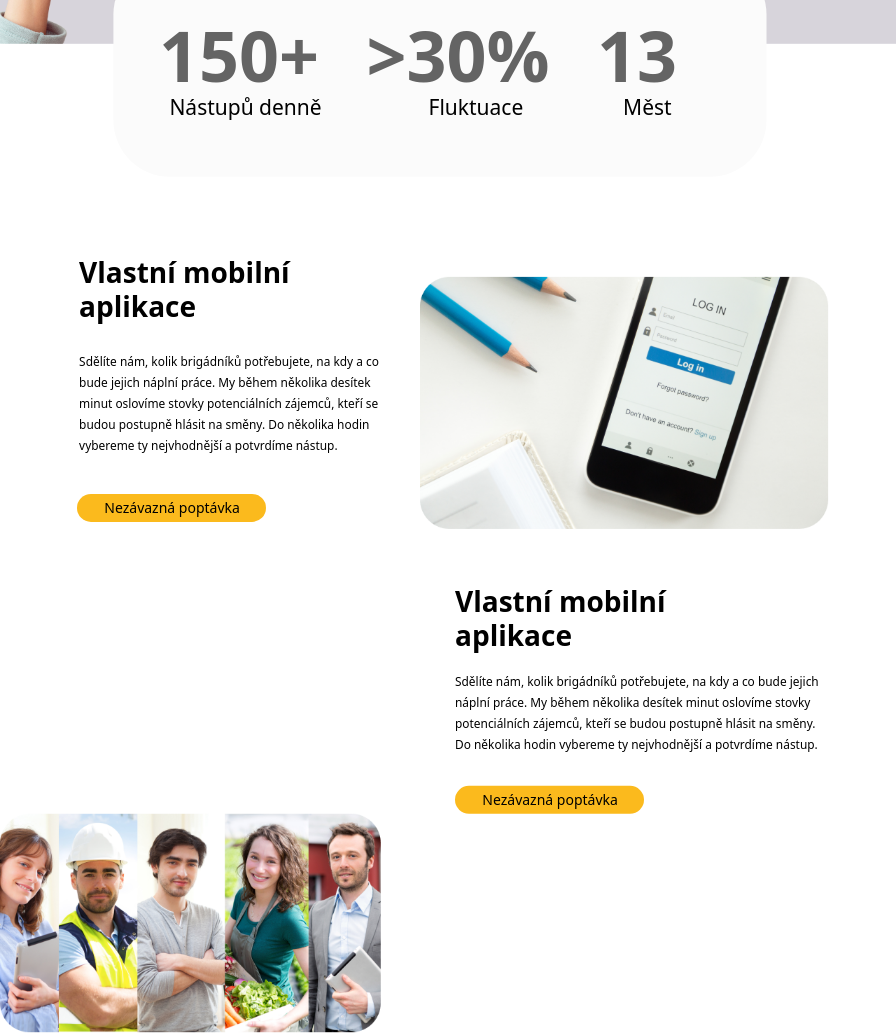
Repository: bilday08/aulinks
Page: index.html
These files come from the project's save history. The page is drawn as it stood at one moment and after the next save; the edit follows.
The browser window is 1280 px wide. The pictures show the part of the page from y = 991 to 2911 px (the page is 2466 px tall before and 2911 px after), at 70% of full size.
Some web fonts or font styles are not loaded; a fallback is used.

Above is the page before, as saved 2022-12-07 15:36:31.

### index.html
<!DOCTYPE html>
<html lang="en">
<head>
    <meta charset="UTF-8">
    <meta http-equiv="X-UA-Compatible" content="IE=edge">
    <meta name="viewport" content="width=device-width, initial-scale=1.0">
    <title>Aulinks</title>
    <link rel="stylesheet" href="./reset.css">
    <link rel="stylesheet" href="./style.css">
    <link
    rel="stylesheet"
    href="https://cdnjs.cloudflare.com/ajax/libs/font-awesome/6.2.0/css/all.min.css"
    integrity="sha512-xh6O/CkQoPOWDdYTDqeRdPCVd1SpvCA9XXcUnZS2FmJNp1coAFzvtCN9BmamE+4aHK8yyUHUSCcJHgXloTyT2A=="
    crossorigin="anonymous"
    referrerpolicy="no-referrer" />
    <link
    href="https://cdn.jsdelivr.net/npm/bootstrap@5.2.1/dist/css/bootstrap.min.css"
    rel="stylesheet"
    integrity="sha384-iYQeCzEYFbKjA/T2uDLTpkwGzCiq6soy8tYaI1GyVh/UjpbCx/TYkiZhlZB6+fzT"
    crossorigin="anonymous">
    <script
    src="https://cdn.jsdelivr.net/npm/bootstrap@5.2.1/dist/js/bootstrap.bundle.min.js"
    integrity="sha384-u1OknCvxWvY5kfmNBILK2hRnQC3Pr17a+RTT6rIHI7NnikvbZlHgTPOOmMi466C8"
    crossorigin="anonymous">
    </script>
    <link rel="preconnect" href="https://fonts.googleapis.com">
    <link rel="preconnect" href="https://fonts.gstatic.com" crossorigin>
    <link
    href="https://fonts.googleapis.com/css2?family=Inter+Tight:ital,wght@0,100;0,200;0,300;0,400;0,500;0,600;0,700;0,800;0,900;1,200;1,300;1,400;1,500;1,600;1,700;1,800;1,900&family=Inter:wght@100;200;300;400;500;600;700;800;900&display=swap"
    rel="stylesheet">
</head>
<body>
    <div class="wrapper">
        <header class="header">
            <div class="container_fluid_header">
                <div class="header__logo">
                    <img class="logo_images" src="./images/Header/logo.png" alt="logo"/>
                    <img class="logo_text" src="./images/Header/logotext.png" alt="logo"/>
                </div>
                <div class="header__contact">
                    <img class="contact_images" src="./images/Header/contact.png" alt="contact">
                </div>
                <div class="header__text">
                    <span class="text_name">Zavolejte nám:</span>
                    <span class="text_number">+420 607 205 862</span>
                </div>
                <div class="header__button">
                    <a href="#" class="button_name">Zavolejte nám:</a>
                </div>
                <div class="herder__button_white">
                    <a href="#" class="button_name_white">O nas</a>
                    <a href="#" class="button_name_white">Naši partneři</a>
                    <a href="#" class="button_name_white button_name_yellow">Služby</a>
                    <a href="#" class="button_name_white">Kontakty</a>
                </div>
            </div>
        </header>
    </div>
    <main>
        <div class="container_fluid_main">
            <div class="main__top_br">
                <img
                src="./images/Main/Rectangle 8 (9).png"
                alt="#" class="main_top_header"/>
                <h1 class="main_text">Pracovití brigádníci do druhého dne</h1>
                <p class="main_content">
                    Sdělíte nám, kolik brigádníků potřebujete,
                    na kdy a co bude jejich náplní práce. My během několika
                    desítek minut oslovíme stovky potenciálních zájemců, kteří
                    se budou postupně hlásit na směny. Do několika hodin vybereme
                    ty nejvhodnější a potvrdíme nástup.
                </p>
                <a href="#" class="main_button">Nezávazná poptávka</a>
            </div>
            <div class="main_center">
                <a href="#" class="center_button">
                    <div class="button__first">
                        <span class="button_number">150+</span>
                        <span class="button_number">>30%</span>
                        <span class="button_number">13</span>
                    </div>
                    <div class="button__second">
                        <span class="button_text">Nástupů denně</span>
                        <span class="button_text text_second">Fluktuace</span>
                        <span class="button_text text_thrid">Měst</span>
                    </div>
                </a>
            </div>
        </div>
        <section class="service">
            <div class="service_item">
                <div class="service_content">
                    <h2 class="main_text global_heading">Vlastní mobilní aplikace</h2>
                    <div class="main_content global_text">
                        Sdělíte nám, kolik brigádníků potřebujete, na kdy a co bude jejich náplní práce.
                        My během několika desítek minut oslovíme stovky potenciálních zájemců,
                        kteří se budou postupně hlásit na směny. Do několika hodin vybereme ty nejvhodnější
                        a potvrdíme nástup.
                    </div>
                    <a href="#" class="main_button global_button">Nezávazná poptávka</a>
                </div>
                <div class="service_images">
                    <img src="./images/Main/imgmain1.png" alt="#" class="service_images_right"/>
                </div>
            </div>
            <div class="service_item">
                <div class="service_content">
                    <h2 class="main_text">Vlastní mobilní aplikace</h2>
                    <div class="main_content">
                        Sdělíte nám, kolik brigádníků potřebujete, na kdy a co bude jejich náplní práce.
                        My během několika desítek minut oslovíme stovky potenciálních zájemců,
                        kteří se budou postupně hlásit na směny. Do několika hodin vybereme ty nejvhodnější
                        a potvrdíme nástup.
                    </div>
                    <a href="#" class="main_button">Nezávazná poptávka</a>
                </div>
                <div class="service_images">
                    <img src="./images/Main/imgmain2.png" alt="#" class="service_images_left"/>
                </div>
            </div>
        </section>
    </main>
</body>
</html>

### style.css
html{
    font-size: 62.5%;
    /* 1rem=10px; */
}
* {
    box-sizing: border-box;
}
body{
    font-family: 'Inter Tight', sans-serif;
}
.container_fluid_header{
    max-width: 100%;
    height: 36rem;
    background-image: url(./images/Header/Rectangle\ 8\ \(10\).png);
    background-repeat: no-repeat;
    background-size: auto;
}
/* .header__logo{
    margin-top: 6rem;
} */
.logo_images{
    margin-left: 11.4rem;
    margin-top: 2rem;
    width: 7.8rem;
    height: 7.1rem;
}
.logo_text{
    margin-top: 2rem;
}
.contact_images{
    margin-left: 40rem;
    margin-top: -7rem;
    width: 30.8rem;
    height: 8.1rem;
}
.header__text{
    margin-left: 80rem;
    margin-top: -8rem;
}
.text_name{
    display: block;
    width: 14.5rem;
    height: 3rem;
    font-family: 'Inter Tight';
    font-weight: 400;
    font-size: 20px;
    line-height: 24px;
    color: black;
}
.text_number{
    color: #FBBA1D;
    width: 18.5rem;
    height: 2.4rem;
    font-family: 'Inter Tight';
    font-style: normal;
    font-weight: 700;
    font-size: 20px;
    line-height: 24px;
}
.header__button{
    margin-left: 110rem;
    margin-top: -4rem;
}
.button_name{
    text-align: center;
    text-decoration: none;
    padding: 0.8rem 3.9rem;
    color: black;
    background-color: #FBBA1D;
    width: 22.3rem;
    height: 4.1rem;
    font-weight: 400;
    font-size: 20px;
    line-height: 24px;
    border-radius: 30px;
}
.herder__button_white{
    margin-top: 8rem;
    margin-left: 11.4rem;
}
.button_name_white{
    text-decoration: none;
    text-align: center;
    color: black;
    background-color: white;
    padding: 0.7rem 3.5rem;
    width: 19rem;
    height: 4rem;
    font-weight: 400;
    font-size: 20px;
    line-height: 24px;
    border-radius: 30px;
    border: 1px solid #000000;
    margin-left: 2rem;
}
.button_name_yellow{
    background-color: #FBBA1D;
}
.main_top_header{
    max-width: 100%;
    object-fit: contain;
    margin-left: 0;
}
.container_fluid_main{
    max-width: 100%;
    height: 79.4rem;
    background-image: url(./images/Main/brmain.png);
    object-fit: cover;
    margin-top: -10em;
}
.main_text{
    width: 42.7rem;
    height: 9.6rem;
    font-weight: 600;
    font-size: 40px;
    line-height: 48px;
    color: #000000;
    margin-left: 65rem;
    margin-top: 8rem;
}
.main_content{
    width: 53.5rem;
    height: 12rem;
    font-weight: 400;
    font-size: 17px;
    line-height: 30px;
    color: #000000;
    margin-top: 2.8rem;
    margin-left: 65rem;
}
.main_button{
    text-decoration: none;
    text-align: center;
    display: block;
    padding: 8px 39px;
    color: black;
    background-color: #FBBA1D;
    width: 27rem;
    height: 4rem;
    font-weight: 400;
    font-size: 20px;
    line-height: 24px;
    border-radius: 30px;
    margin-top: 4.3rem;
    margin-left: 65rem;
    white-space: nowrap;
}
.center_button{
    text-decoration: none;
    max-width: 109rem;
    height: 31.3rem;
    background-color:#FBFBFB;
    border-radius: 81px;
    display: block;
    margin-top: 16.5rem;
    margin-left: 16.2rem;
    margin-right: 18.5rem;
    padding-top: 7.8rem;
}
.button_number{
    display: inline-block;
    font-weight: 600;
    font-size: 100px;
    line-height: 121px;
    color: #646464;
    margin-left: 6.5rem;
}
.button__first .button__second{
    display: inline;
}
.button_text{
    width: 24rem;
    height: 3.3rem;
    display: inline;
    font-weight: 400;
    font-size: 30px;
    line-height: 30px;
    color: #000000;
    margin-left: 8rem;
}
.text_second{
    margin-left: 15rem;
}
.text_thrid{
    margin-left: 14rem;
}
.global_heading{
    max-width: 41.8rem;
    height: 95px;
    margin-top: 30.3rem;
    margin-left: 11.3rem;
}
.global_text{
    max-width: 43.2rem;
    height: 18.9rem;
    margin-left: 11.3rem;
    margin-top: 4.1rem;
}
.global_button{
    margin-left: 11rem;
    margin-top: 1.5rem;
}
.service_images_right{
    width: 58.3rem;
    height: 36rem;
    display: block;
    margin-top: -35rem;
    margin-left: 60rem;
}

Loaded but not shown: reset.css (common file)

After the next save:
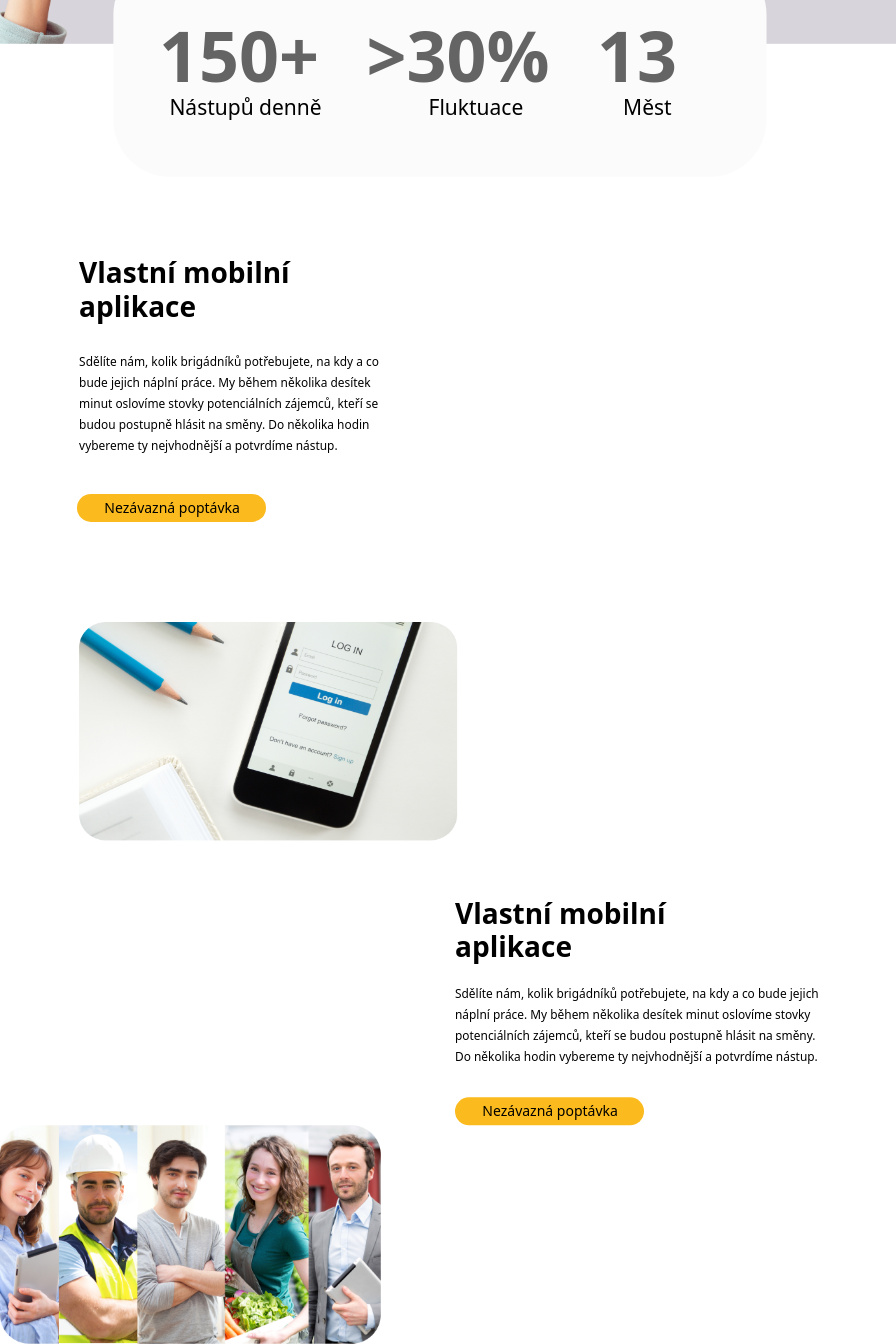
Saved 77 s later.
--- a/style.css
+++ b/style.css
@@ -207,3 +207,10 @@
     margin-top: -35rem;
     margin-left: 60rem;
 }
+.service_images_right{
+    width: 54rem;
+    height: 312px;
+    display: block;
+    margin-top: 143px;
+    margin-left: 113px;
+}
